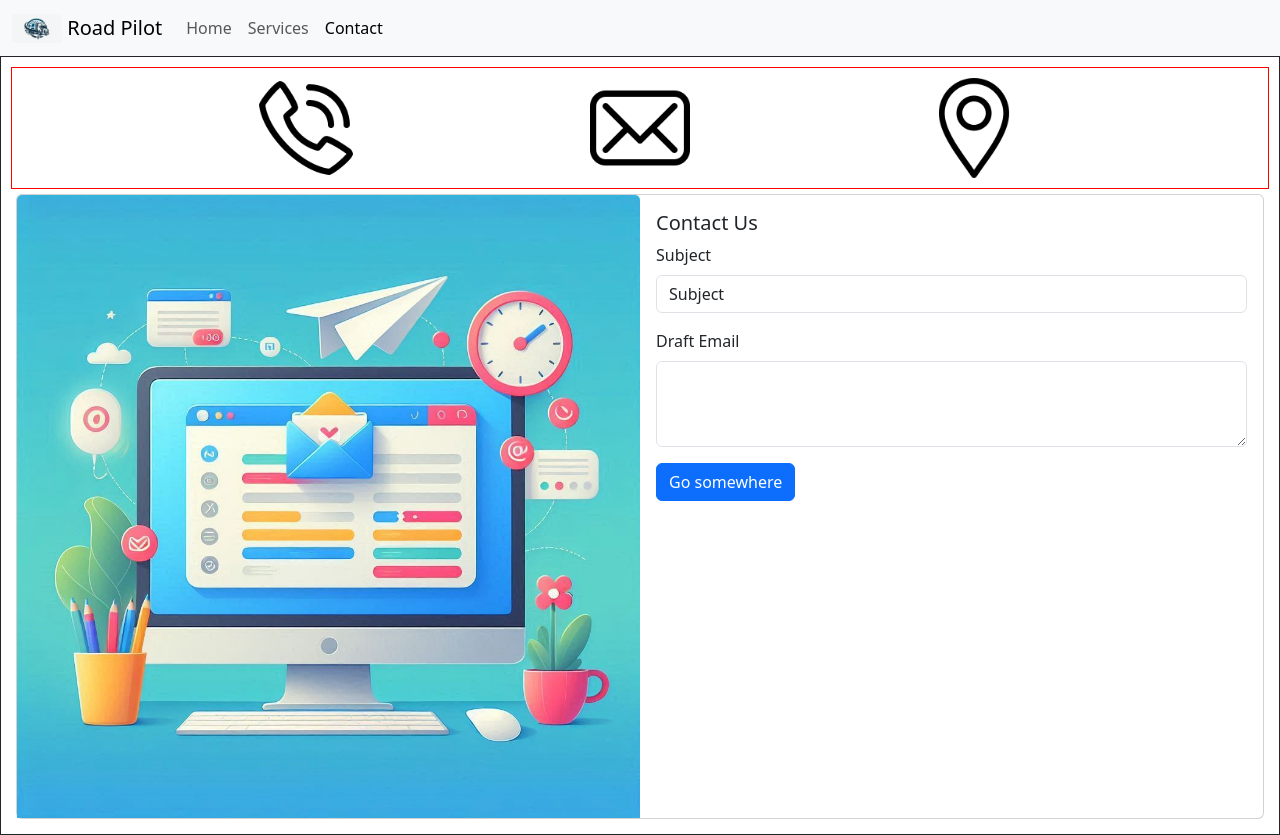
Repository: VictoriousMango/WebCreator
Page: pages/contact.html
These files come from the project's save history. The page is drawn as it stood at one moment and after a run of saves; the edit follows.
The browser window is 1280 px wide. The pictures show the whole page.

Above is the page before, as saved 2024-11-09 12:59:33.

### pages/contact.html
<!DOCTYPE html>
<html lang="en">

<head>
    <meta charset="UTF-8">
    <meta name="viewport" content="width=device-width, initial-scale=1.0">
    <title>Web Creator</title>
    <link href="https://cdn.jsdelivr.net/npm/bootstrap@5.3.3/dist/css/bootstrap.min.css" rel="stylesheet"
        integrity="sha384-QWTKZyjpPEjISv5WaRU9OFeRpok6YctnYmDr5pNlyT2bRjXh0JMhjY6hW+ALEwIH" crossorigin="anonymous">
    <link rel="stylesheet" href="../assets/css/contact.css">
</head>

<body>
    <!-- Navbar -->
    <nav class="navbar navbar-expand-lg bg-body-tertiary">
        <div class="container-fluid">
            <a class="navbar-brand" href="#">
                <img src="../assets/images/Logo.png" alt="Logo" width="50px" class="d-inline-block align-text-top">
                Road Pilot
            </a>
            <button class="navbar-toggler" type="button" data-bs-toggle="collapse" data-bs-target="#navbarNav"
                aria-controls="navbarNav" aria-expanded="false" aria-label="Toggle navigation">
                <span class="navbar-toggler-icon"></span>
            </button>
            <div class="collapse navbar-collapse" id="navbarNav">
                <ul class="navbar-nav">
                    <li class="nav-item">
                        <a class="nav-link" href="../">Home</a>
                    </li>
                    <li class="nav-item">
                        <a class="nav-link" href="./services.html">Services</a>
                    </li>
                    <li class="nav-item">
                        <a class="nav-link active" aria-current="page" href="#">Contact</a>
                    </li>
                </ul>
            </div>
        </div>
    </nav>
    <!-- NavBar -->

    <!-- Contact -->
    <div class="contact">
        <!-- div for icons -->
        <div class="contact__links">
            <!-- phone number -->
            <img class="contact__linksIMG" src="../assets/images/contact__phone.png" alt="">
            <img class="contact__linksIMG" src="../assets/images/contact__email.png" alt="">
            <img class="contact__linksIMG" src="../assets/images/contact__location.png" alt="">
        </div>
        <!-- Dic for Sending Mails -->
        <div class="card">
            <img src="../assets/images/contact__mailUs.png" class="card-img-top" alt="...">
            <div class="card-body">
              <h5 class="card-title">Contact Us</h5>
              <div class="mb-3">
                <label for="subject" class="form-label">Subject</label>
                <input type="text" class="form-control" id="subject" value="Subject">
              </div>
              <div class="mb-3">
                <label for="emailContent" class="form-label">Draft Email</label>
                <textarea class="form-control" id="emailContent" rows="3" value="Hi company!"></textarea>
              </div>
              <a href="#" class="btn btn-primary">Go somewhere</a>
            </div>
          </div>
    </div>
    <!-- Contact -->
    <!-- Scripts -->
    <script src="https://cdn.jsdelivr.net/npm/bootstrap@5.3.3/dist/js/bootstrap.bundle.min.js"
        integrity="sha384-YvpcrYf0tY3lHB60NNkmXc5s9fDVZLESaAA55NDzOxhy9GkcIdslK1eN7N6jIeHz"
        crossorigin="anonymous"></script>
    <script src="https://cdn.jsdelivr.net/npm/@popperjs/core@2.11.8/dist/umd/popper.min.js"
        integrity="sha384-I7E8VVD/ismYTF4hNIPjVp/Zjvgyol6VFvRkX/vR+Vc4jQkC+hVqc2pM8ODewa9r"
        crossorigin="anonymous"></script>
    <script src="https://cdn.jsdelivr.net/npm/bootstrap@5.3.3/dist/js/bootstrap.min.js"
        integrity="sha384-0pUGZvbkm6XF6gxjEnlmuGrJXVbNuzT9qBBavbLwCsOGabYfZo0T0to5eqruptLy"
        crossorigin="anonymous"></script>
</body>

</html>

### assets/css/contact.css
.contact {
    border: 1px solid;
    padding: 10px;
}

.contact__links {
    display: flex;
    justify-content: space-evenly;
    border: 1px solid red;
    padding: 10px;
}

.contact__linksIMG {
    width: 100px;
}

.card {
    /* padding: 5px; */
    margin: 5px;
    display: flex;
    flex-direction: row;
    justify-content: flex-start;
}

.card-img-top{
    width: 50%;
}
.card-body {
    width: 50%;
}

After the next 2 saves:
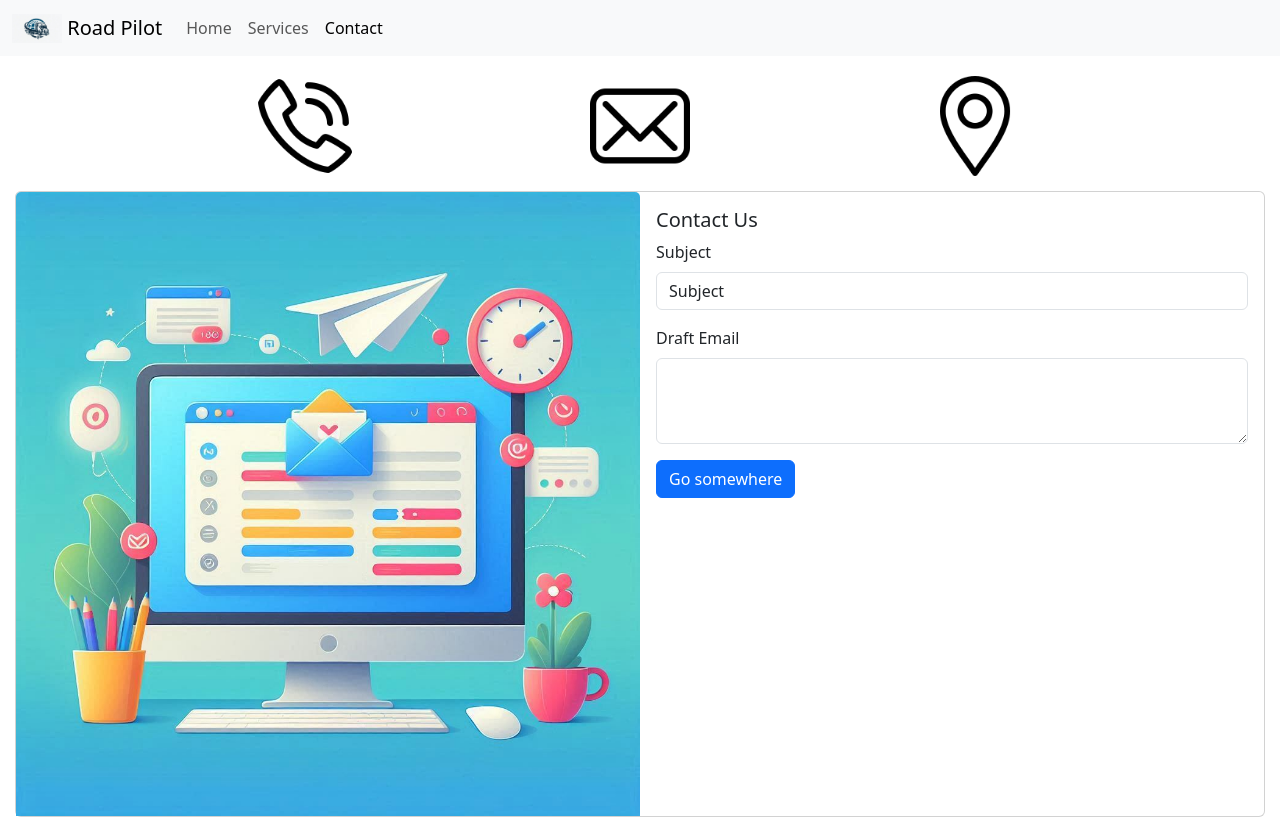
The 2 saves are shown as one change because they came seconds apart.
The last was saved 7 s later.
--- a/assets/css/contact.css
+++ b/assets/css/contact.css
@@ -1,12 +1,10 @@
 .contact {
-    border: 1px solid;
     padding: 10px;
 }
 
 .contact__links {
     display: flex;
     justify-content: space-evenly;
-    border: 1px solid red;
     padding: 10px;
 }
 
